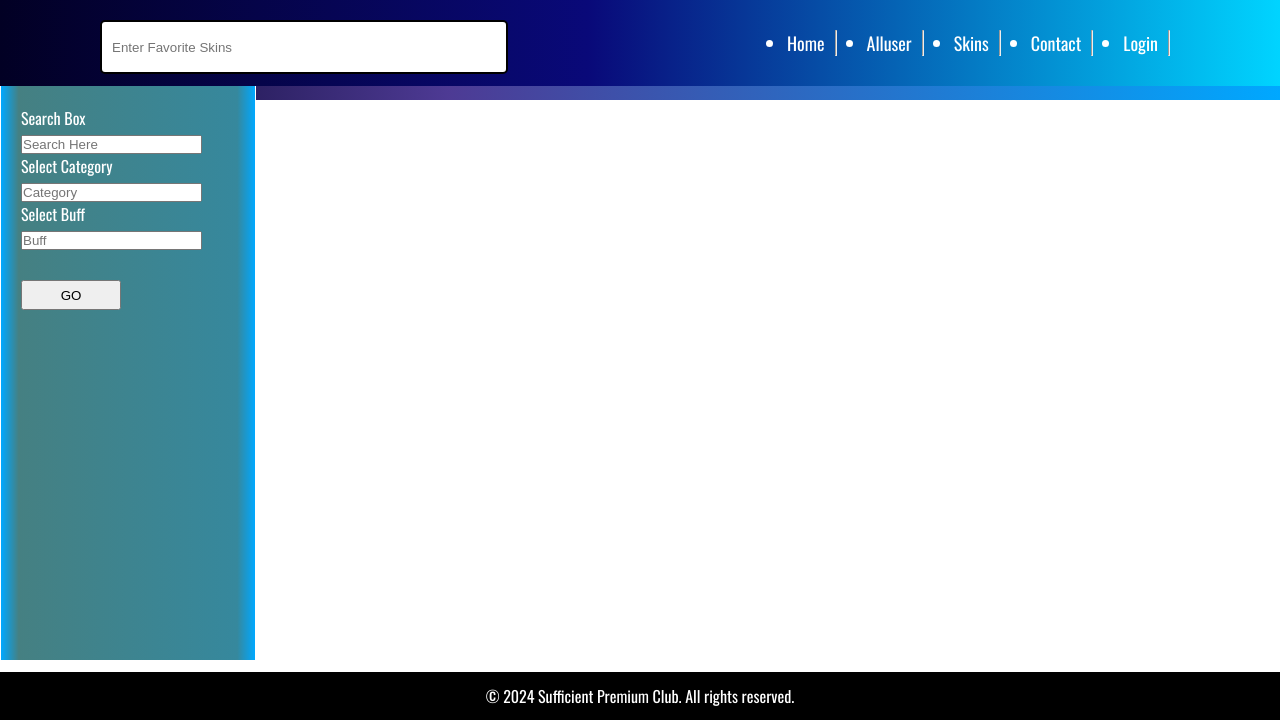
Repository: spcdomains/graph
Page: /Skintypes
An editor plug-in stored every save of this project. The page is shown before and after the next save, followed by the edit.
The browser window is 1280 px wide. The pictures show the whole page.
The page's requests for data from a server got no answer. Some web fonts or font styles are not loaded; a fallback is used. The project was rebuilt for these pictures with package versions that can differ from the ones it lists, and the page was loaded fresh each time. The framework's server and built-in components were replaced by stand-ins that run in the browser. No one was signed in, and anything a server would have sent is missing.

Above is the page before, as saved 2024-08-16 15:37:44.

### pages/_app.tsx
// pages/_app.tsx
import { AppProps } from 'next/app';
import Head from 'next/head'; // Import Head from next/head
import '../styles/globals.css';
import Navbar from '@/Components/Navbar';
import Footer from '@/Components/Footer';

function MyApp({ Component, pageProps }: AppProps) {
  return (
    <>
      <Head>
        <link rel="preconnect" href="https://fonts.googleapis.com" />
        <link rel="preconnect" href="https://fonts.gstatic.com" />
        <link
          href="https://fonts.googleapis.com/css2?family=Aclonica&family=Oswald:wght@200..700&display=swap"
          rel="stylesheet"
        />
        <meta name="description" content="The games trading zone" />
        <meta name="robots" content="for games,to gamers,by gamers" />
        <meta property="og:type" content="for games,to gamers,by gamers" />
        <meta property="og:site_name" content="Trading" />
        <meta property="og:title" content="Gamin platform" />
        <meta property="og:description" content="for games,to gamers,by gamers" />
        <meta property="og:url" content="https://www.buy.trollsufficient.com/" />
        <meta property="og:image" content="https://www.buy.trollsufficient.com/" />
        <title>Buy Castles and more</title>
      </Head>
      <Navbar />
      <Component {...pageProps} />
      <Footer />
    </>
  );
}

export default MyApp;

### pages/Skintypes/index.tsx
import React, { useState, useEffect } from 'react';
import axios from 'axios';
import styles from './index.module.scss';
import Link from 'next/link';
import Image from 'next/image';
import { useRouter } from 'next/router';
import FilterPopup from '@/Components/Filterpop';

const Index = () => {
  const [categories, setCategories] = useState<any>([]);
  const [filterVisible, setFilterVisible] = useState<boolean>(false);
  const [selectedCategory, setSelectedCategory] = useState<string>('');
  const [selectedSkin, setSelectedSkin] = useState<string>('');
  const [selectedBuff, setSelectedBuff] = useState<string>('');
  const [isMobile, setIsMobile] = useState<boolean>(true);
  const router = useRouter();

  useEffect(() => {
    const fetchData = async () => {
      try {
        const response = await axios.get(
          'https://www.referback.trollsufficient.com/data/all-category'
        );
        setCategories(response.data);
      } catch (error) {
        console.error('Error fetching data:', error);
      }
    };

    fetchData();
  }, []);

  useEffect(() => {
    const handleResize = () => {
      setIsMobile(window.innerWidth <= 768);
    };

    handleResize(); // Initial check
    window.addEventListener('resize', handleResize);

    return () => {
      window.removeEventListener('resize', handleResize);
    };
  }, []);

  useEffect(() => {
    // On large screens, set filterVisible to true
    if (!isMobile) {
      setFilterVisible(true);
    }
  }, [isMobile]);

  const handleGoClick = () => {
    router.push({
      pathname: '/Fetched',
      query: {
        skintype: selectedCategory,
        name: selectedBuff,
      },
    });
  };

  const toggleFilterVisibility = () => {
    setFilterVisible(prev => !prev);
  };

  const handleCardClick = (e: React.MouseEvent) => {
    e.stopPropagation(); // Prevent event from bubbling up
  };

  return (
    <div className={styles.cardContainer}>
      <FilterPopup
        filterVisible={filterVisible}
        toggleFilterVisibility={toggleFilterVisibility}
        selectedSkin={selectedSkin}
        setSelectedSkin={setSelectedSkin}
        selectedCategory={selectedCategory}
        setSelectedCategory={setSelectedCategory}
        selectedBuff={selectedBuff}
        setSelectedBuff={setSelectedBuff}
        handleGoClick={handleGoClick}
      />
      {isMobile && (
        <button className={styles.filterButton} onClick={toggleFilterVisibility}>
          {filterVisible ? 'Hide Filters' : 'Show Filters'}
        </button>
      )}
      <div className={styles.cards}>
        {categories.map((category: any) => (
          <Link
            key={category._id}
            href={`/Skintypes/${category.name}`}
            style={{ textDecoration: 'none' }}
          >
            <div className={styles.card} onClick={handleCardClick}>
              <Image
                src={category.photo}
                alt={category.name || 'Category Image'}
                className={styles.cardImage}
                width={500}
                height={300}
              />
              <div className={styles.cardContent}>
                <h2 className={styles.cardTitle}>{category.name.toUpperCase()}</h2>
              </div>
            </div>
          </Link>
        ))}
      </div>
    </div>
  );
};

export default Index;

### styles/globals.css
*{
  margin: 0%;
  padding: 0%;

}

body {
  font-family: 'Oswald', sans-serif; /* Apply Oswald font to the whole document */
}

h1 {
  font-family: 'Aclonica', sans-serif; /* Apply Aclonica font to all h1 elements */
}

### Components/Footer/index.tsx
import React from 'react';
import styles from './inde.module.scss';

const Footer = () => {
  return (
    <div className={styles.footer}>
      <div className={styles.text}>
        © 2024 Sufficient Premium Club. All rights reserved.
      </div>
      <div className={`${styles.icon} ${styles['mobile-hidden']}`}>
        {/* <img
          src='https://upload.wikimedia.org/wikipedia/commons/thumb/5/5e/WhatsApp_icon.png/598px-WhatsApp_icon.png'
          alt='WhatsApp Icon'
        /> */}
      </div>
    </div>
  );
}

export default Footer;

### pages/Skintypes/index.module.scss
.cardContainer {
  background: linear-gradient(
    90deg,
    rgba(2, 0,  36, 1) 0%,
    rgba(33, 9, 121, 0.8) 35%,
    rgba(0, 168, 255, 1) 100%
  );
  height: auto;
  display: flex;
  justify-content: space-between;
  padding-bottom: 100px;

  .filter {
    color: white;
    border: 1px solid white;
    height: 80vh;
    width: 20%;
    position: fixed;
    top: 85px;
    left: 0;
    background: linear-gradient(
      90deg,
      rgba(0, 168, 255, 1) 0%,
      rgba(69, 128, 130, 1) 7%,
      rgba(54, 136, 157, 1) 93%,
      rgba(0, 168, 255, 1) 100%
    );
    padding: 20px;
    box-sizing: border-box;
    overflow-y: auto;
    display: none; // Hidden by default
    z-index: 1000; // Ensure it's on top

    &.filterVisible {
      display: block; // Show when visible state is true
      @media screen and (max-width: 768px) {
        z-index: 10000; // Higher z-index for mobile
        width: 100%;
        height: 100vh;
        position: fixed;
        top: 0;
        left: 0;
        display: flex;
        flex-direction: column;
        gap: 29px;
        padding-top: 100px;
      }
    }

    .search_box {
      margin: 10px 0;
      display: flex;
      flex-direction: column;
      font-size: 18px;
      input {
        padding: 10px;
        z-index: 1000; // Ensure it's above other content
      }
    }

    .dropdown {
      display: flex;
      flex-direction: column;
      font-size: 18px; // Default font size

      // Media query for mobile devices
      @media screen and (max-width: 768px) {
        select {
          font-size: 14px; // Adjust font size for mobile
        }
      }
    }
  }

  .closeButton {
    position: absolute;
    top: 10px;
    right: 10px;
    background: none;
    border: none;
    color: white;
    font-size: 24px;
    cursor: pointer;
    display: none; // Hidden by default

    @media screen and (max-width: 768px) {
      display: block; // Show only on mobile
    }
  }

  .filterButton {
    display: none; // Hidden by default on larger screens
    position: fixed;
    top: 80px;
    right: 0;
    padding: 10px;
    background: rgb(255, 255, 255);
    color: rgb(35, 98, 186);
    border: none;
    cursor: pointer;
    width: 100%;

    @media screen and (max-width: 768px) {
      display: block; // Show on mobile
      z-index: 100;
    }
  }

  .cards {
    display: flex;
    justify-content: center;
    flex-wrap: wrap;
    position: relative;
    left: 0px;
    margin-left: 20%;
    top: 100px;

    .card {
      background-color: white;
      border-radius: 10px;
      box-shadow: 0 4px 8px rgba(0, 0, 0, 0.2);
      margin: 20px;
      width: 250px;
      overflow: hidden;
      transition: transform 0.3s;
      position: relative;

      a {
        top: 10px;
      }

      &:hover {
        transform: scale(1.05);
      }
      @media screen and (max-width:768px) {
        width: 280px;
      }
    }
  }

  @media screen and (max-width: 768px) {
    .cards {
      width: 100%;
      left: 0;
      position: relative;
      margin-left: 0;
      top: 127px;
    }
  }
}

.cardImage {
  width: 100%;
  height: 275px;
  @media screen and (max-width:768px) {
    height: 200px;
  }
}

.cardContent {
  padding: 20px;
  background-color: rgb(242, 238, 238);
}

.cardTitle {
  font-size: 1.5em;
  margin: 0 0 10px;
  color: #333;
  background-color: rgb(242, 238, 238);
}

.cardDate {
  font-size: 0.9em;
  color: #777;
  margin: 0;
}

### Components/Filterpop/index.tsx
import React, { useRef, useEffect, useState } from 'react';
import styles from './index.module.scss';

interface FilterPopupProps {
  filterVisible: boolean;
  toggleFilterVisibility: () => void;
  selectedSkin: string;
  setSelectedSkin: (value: string) => void;
  selectedCategory: string;
  setSelectedCategory: (value: string) => void;
  selectedBuff: string;
  setSelectedBuff: (value: string) => void;
  handleGoClick: () => void;
}

const FilterPopup: React.FC<FilterPopupProps> = ({
  filterVisible,
  toggleFilterVisibility,
  selectedSkin,
  setSelectedSkin,
  selectedCategory,
  setSelectedCategory,
  selectedBuff,
  setSelectedBuff,
  handleGoClick,
}) => {
  const filterRef = useRef<HTMLDivElement>(null);
  const [keyboardVisible, setKeyboardVisible] = useState<boolean>(false);

  useEffect(() => {

    const handleResize = () => {
      // Check if the virtual keyboard is open by comparing inner height
      setKeyboardVisible(window.innerHeight < document.documentElement.clientHeight);
    };

    // Add resize event listener
    window.addEventListener('resize', handleResize);

    // Initial check
    handleResize();

    return () => {
      window.removeEventListener('resize', handleResize);
    };
  }, []);

  useEffect(() => {
    // Ensure filter visibility based on keyboard status
    if (keyboardVisible) {
      filterRef.current?.scrollIntoView({ behavior: 'smooth' });
    }
  }, [keyboardVisible]);

  // Handle clicks outside of the popup
  useEffect(() => {
    const handleClickOutside = (e: MouseEvent) => {
      if (filterRef.current && !filterRef.current.contains(e.target as Node)) {
        toggleFilterVisibility();
      }
    };

    document.addEventListener('mousedown', handleClickOutside);
    return () => {
      document.removeEventListener('mousedown', handleClickOutside);
    };
  }, [toggleFilterVisibility]);

  return (
    <div
      ref={filterRef}
      className={`${styles.filter} ${filterVisible ? styles.filterVisible : ''}`}
    >
      <button className={styles.closeButton} onClick={toggleFilterVisibility}>
        &times;
      </button>
      <div className={styles.search_box}>
        <label>Search Box</label>
        <input
          placeholder="Search Here"
          type="text"
          value={selectedSkin}
          onChange={(e) => setSelectedSkin(e.target.value)}
        />
      </div>
      <div className={styles.search_box}>
        <label>Select Category</label>
        <input
          placeholder="Category"
          type="text"
          value={selectedCategory}
          onChange={(e) => setSelectedCategory(e.target.value)}
        />
      </div>
      <div className={styles.search_box}>
        <label>Select Buff</label>
        <input
          placeholder="Buff"
          type="text"
          value={selectedBuff}
          onChange={(e) => setSelectedBuff(e.target.value)}
        />
      </div>
      <div className={styles.btn}>
        <button onClick={handleGoClick} style={{ width: "100px", height: "30px", marginTop: "30px", cursor: "pointer" }}>
          GO
        </button>
      </div>
    </div>
  );

};

export default FilterPopup;

### Components/Navbar/index.module.scss
.navbar_cain{
  position: fixed;
  width: 100%;
  z-index: 10000;
}
.caintainer {
  display: flex;
  justify-content: end;
  padding: 30px;
  color: white;
  background: rgb(2,0,36);
  background: linear-gradient(90deg, rgba(2,0,36,1) 0%, rgba(9,9,121,1) 46%, rgba(0,212,255,1) 100%);
  z-index: 40;
  gap: 30px;
  // position: fixed; // Commented out for better control with JavaScript
}

.search_box {
  width: 100%;
    position: absolute;
    display: flex;
    top: 20px;
    left: 100px;
  @media screen  and (max-width:768px){
      left: 20px;
  }
}

.input {
  padding: 10px;
  width: 30%;
  height: 30px;
  border: 2px solid black;
  border-radius: 5px;
  @media screen and (max-width:768px) {
    font-size: 20px;
  }
}

.items {
  position: relative;
  right: 80px;
  font-size: 18px;
}

.name {
  display: flex;
}

.name p {
  cursor: pointer;
}

.name p:hover {
  transform: scale(1.2);
  transition: transform 0.3s linear;
}

.line {
  margin-left: 10px;
}

.hamburger {
  display: none;
  font-size: 24px;
  cursor: pointer;
  position: absolute;
  left: 20px;
  top: 20px;
  z-index: 50;
}

// Add this class to control body overflow when menu is open
.no-scroll {
  overflow: hidden;
}

@media screen and (max-width: 768px) {
  .caintainer {
    display: none;
  }

  .hamburger {
    display: block;
    color: white;
  }

  .line {
    display: none;
  }

  .name {
    position: absolute;
    top: 100px;
    width: 100%;
    font-size: 30px;
  }

  .name p {
    border-bottom: 1px solid white;
    border-top: 1px solid white;
  }

  .showMenu {
    display: flex;
    flex-direction: column;
    justify-content: start;
    gap: 80px;
    align-items: center;
    top: 0;
    height: 100vh;
    width: 70%;
    list-style-type: none;
    background: rgb(2,0,36);
    background: linear-gradient(90deg, rgba(2,0,36,1) 0%, rgba(9,9,121,1) 46%, rgba(0,212,255,1) 100%);
    position: fixed; // Make sure the menu covers the viewport
    left: 0; // Align the menu to the left
    z-index: 40; // Ensure it's above other content
    animation: come 0.5s ease-in-out 1 forwards;
  }
  @keyframes come {
      0%{
        width: 40%;
        opacity: 0;
      }
      100%{
        width: 100%;
        opacity: 1;
      }
  }

  .search_box {
    width: 100%;
    position: absolute;
    display: flex;
    justify-content: center;
    top: 20px;
    right: 5px;
    @media screen and (max-width:768px) {
      width: 100%;
      position: absolute;
      display: flex;
      justify-content: center;
      top: 0px;
      left: 0px;
      padding: 13px;
      background: linear-gradient(
        90deg,
        rgba(2, 0, 36, 1) 0%,
        rgba(33, 9, 121, 0.8) 35%,
        rgba(0, 168, 255, 1) 100%
      );;
    }
  }

  .input {
    padding: 10px;
    width: 60%;
    height: 30px;
    border: 2px solid black;
    border-radius: 5px;
  }
}

### Components/Footer/inde.module.scss
.footer {
    width: 100%;
    height: 3rem; /* Equivalent to h-12 in Tailwind */
    display: flex;
    justify-content: center;
    align-items: center;
    background-color: black;
    color: white;
    position:fixed;
    bottom: 0;

    .text {
      margin: 0;
    }

    .icon {
      position: absolute;
      height: 2.5rem; /* Equivalent to h-10 in Tailwind */
      width: 3rem; /* Equivalent to w-12 in Tailwind */
      bottom: 1.75rem; /* Equivalent to bottom-7 in Tailwind */
      right: 3.5rem; /* Equivalent to right-14 in Tailwind */
      cursor: pointer;
      transition: transform 0.3s ease; /* For hover effect */

      &:hover {
        transform: scale(1.10);
      }

      &.mobile-hidden {
        @media (max-width: 768px) {
          display: none; /* Hide on mobile screens */
        }
      }
    }
  }

### Components/Filterpop/index.module.scss
.filter {
    color: white;
    border: 1px solid white;
    height: 80vh;
    width: 20%;
    position: fixed;
    top: 85px;
    left: 0;
    background: linear-gradient(
      90deg,
      rgba(0, 168, 255, 1) 0%,
      rgba(69, 128, 130, 1) 7%,
      rgba(54, 136, 157, 1) 93%,
      rgba(0, 168, 255, 1) 100%
    );
    padding: 20px;
    box-sizing: border-box;
    overflow-y: auto;
    z-index: 1000;
    display: none; // Hidden by default

    &.filterVisible {
      display: block; // Show when visible state is true
      @media screen and (max-width: 768px) {
        z-index: 10000; // Higher z-index for mobile
        width: 100%;
        height: 100vh;
        top: 0;
        left: 0;
        display: flex;
        flex-direction: column;
        gap: 29px;
        padding-top: 100px;
      }
    }
  }

  .closeButton {
    position: absolute;
    top: 10px;
    right: 10px;
    background: none;
    border: none;
    color: white;
    font-size: 24px;
    cursor: pointer;
    display: none;

    @media screen and (max-width: 768px) {
      display: block; // Show only on mobile
    }
  }

Loaded but not shown: Components/Navbar/index.tsx (144 lines, source omitted)

After the next save:
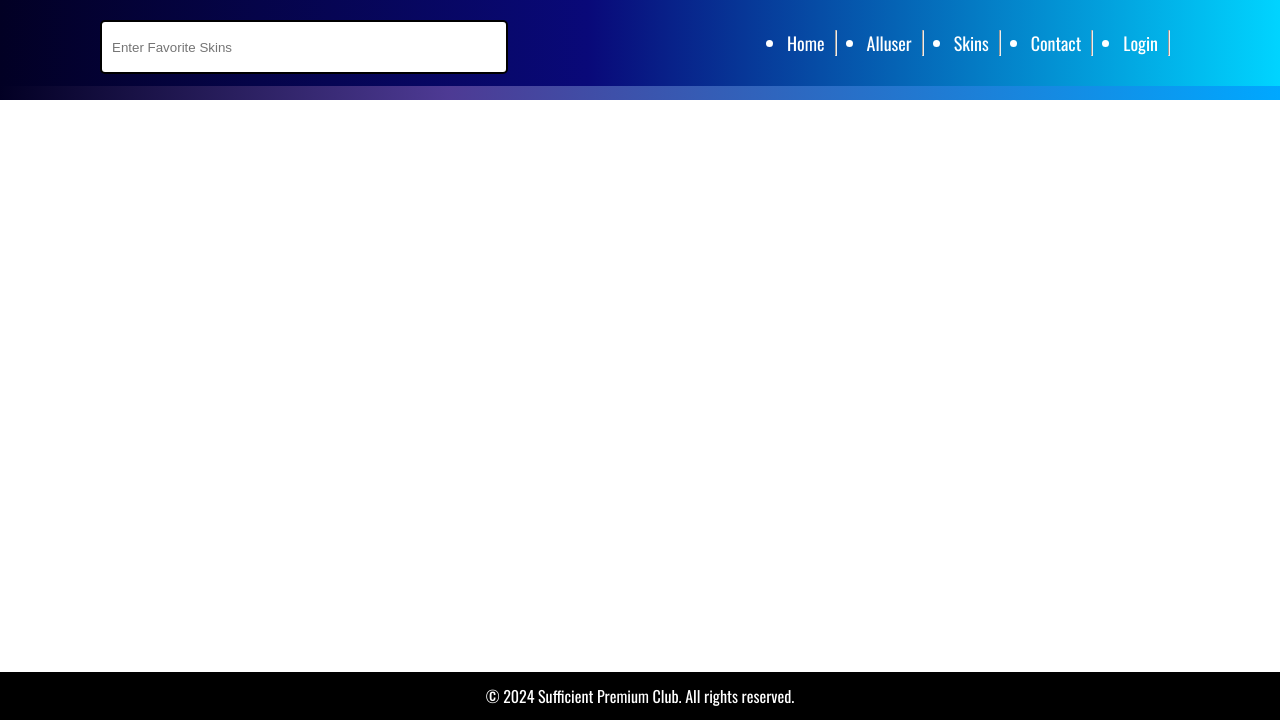
Saved 15 s later.
--- a/pages/Skintypes/index.tsx
+++ b/pages/Skintypes/index.tsx
@@ -70,7 +70,7 @@
 
   return (
     <div className={styles.cardContainer}>
-      <FilterPopup
+      {/* <FilterPopup
         filterVisible={filterVisible}
         toggleFilterVisibility={toggleFilterVisibility}
         selectedSkin={selectedSkin}
@@ -80,7 +80,7 @@
         selectedBuff={selectedBuff}
         setSelectedBuff={setSelectedBuff}
         handleGoClick={handleGoClick}
-      />
+      /> */}
       {isMobile && (
         <button className={styles.filterButton} onClick={toggleFilterVisibility}>
           {filterVisible ? 'Hide Filters' : 'Show Filters'}

After the 2 saves that followed:
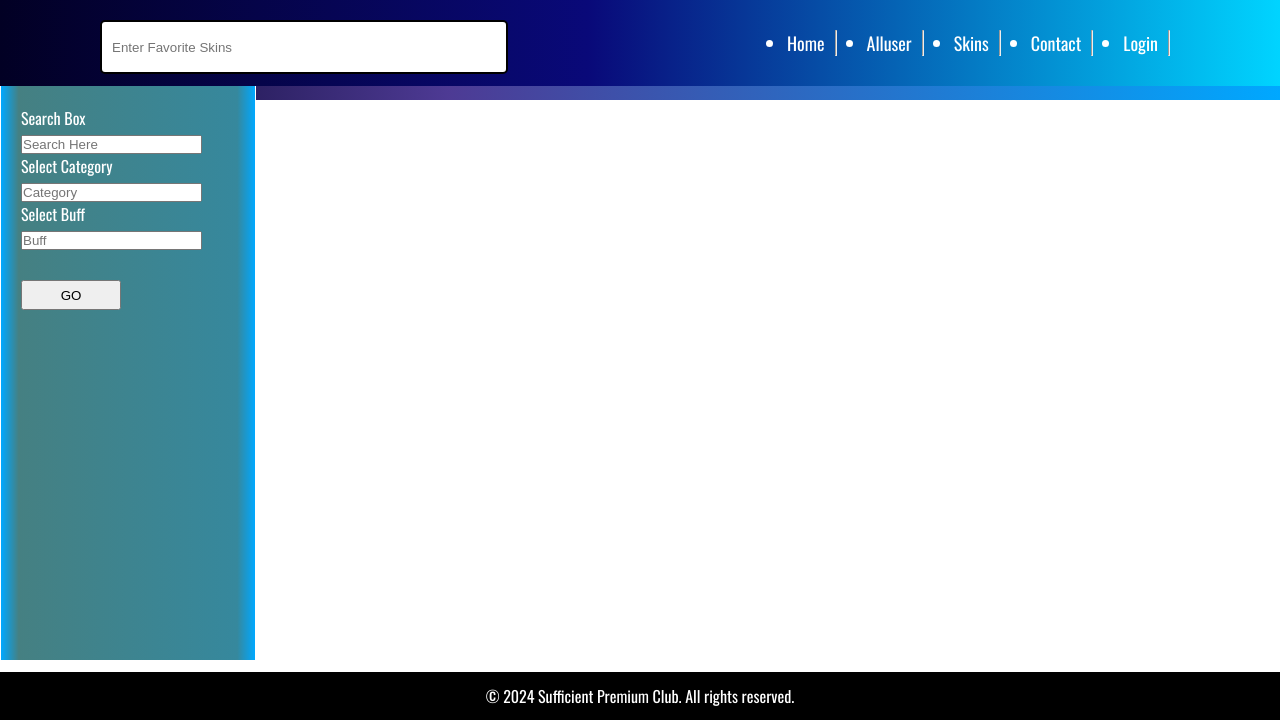
The 2 saves are shown as one change because 1 left the picture as it was.
The last was saved 22 s later.
--- a/pages/Skintypes/index.tsx
+++ b/pages/Skintypes/index.tsx
@@ -70,7 +70,7 @@
 
   return (
     <div className={styles.cardContainer}>
-      {/* <FilterPopup
+      <FilterPopup
         filterVisible={filterVisible}
         toggleFilterVisibility={toggleFilterVisibility}
         selectedSkin={selectedSkin}
@@ -80,12 +80,12 @@
         selectedBuff={selectedBuff}
         setSelectedBuff={setSelectedBuff}
         handleGoClick={handleGoClick}
-      /> */}
-      {isMobile && (
+      />
+      {/* {isMobile && (
         <button className={styles.filterButton} onClick={toggleFilterVisibility}>
           {filterVisible ? 'Hide Filters' : 'Show Filters'}
         </button>
-      )}
+      )} */}
       <div className={styles.cards}>
         {categories.map((category: any) => (
           <Link
